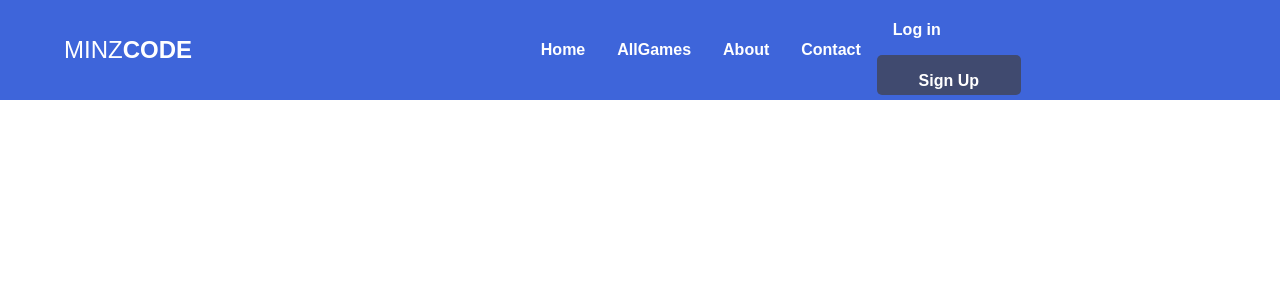
Repository: Fariaddd/New-CA-
Page: index.html
An editor plug-in stored every save of this project. The page is shown before and after the next save, followed by the edit.
The browser window is 1280 px wide. The pictures show the whole page.

Above is the page before, as saved 2021-11-14 02:57:02.

After the next save:
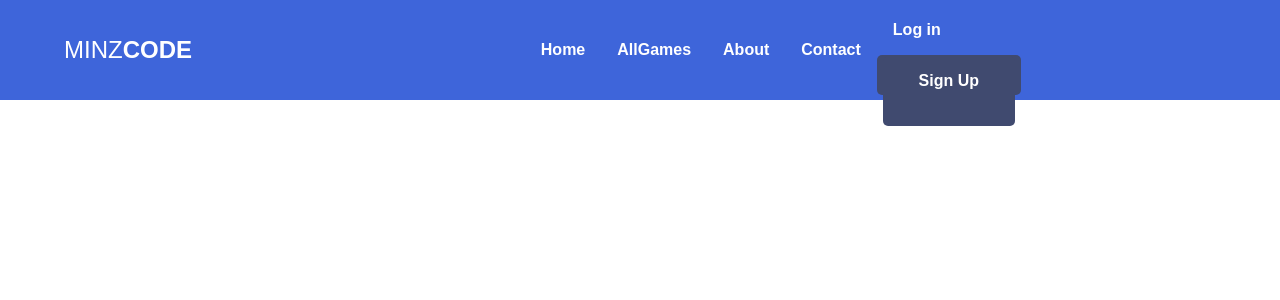
Saved 10 s later.
--- a/css/styles.css
+++ b/css/styles.css
@@ -24,7 +24,13 @@
 }
 
 .button a {
-  padding: 50px;
+  background-color: var(--button-links-color);
+  color: white;
+  border-radius: 5px;
+  border: none;
+  height: 40px;
+  font-size: 1em;
+  cursor: pointer;
 }
 .button {
   background-color: var(--button-links-color);

After the save that followed:
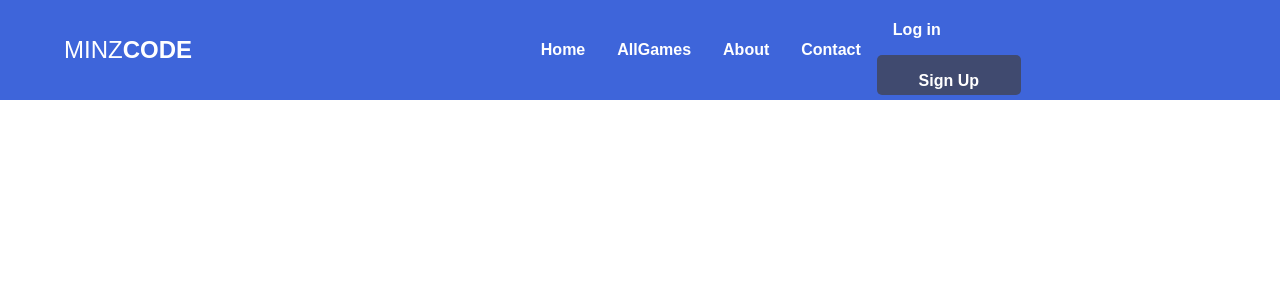
Saved 16 s later.
--- a/css/styles.css
+++ b/css/styles.css
@@ -23,7 +23,7 @@
   background-color: #3e65da;
 }
 
-.button a {
+.button-signup {
   background-color: var(--button-links-color);
   color: white;
   border-radius: 5px;
